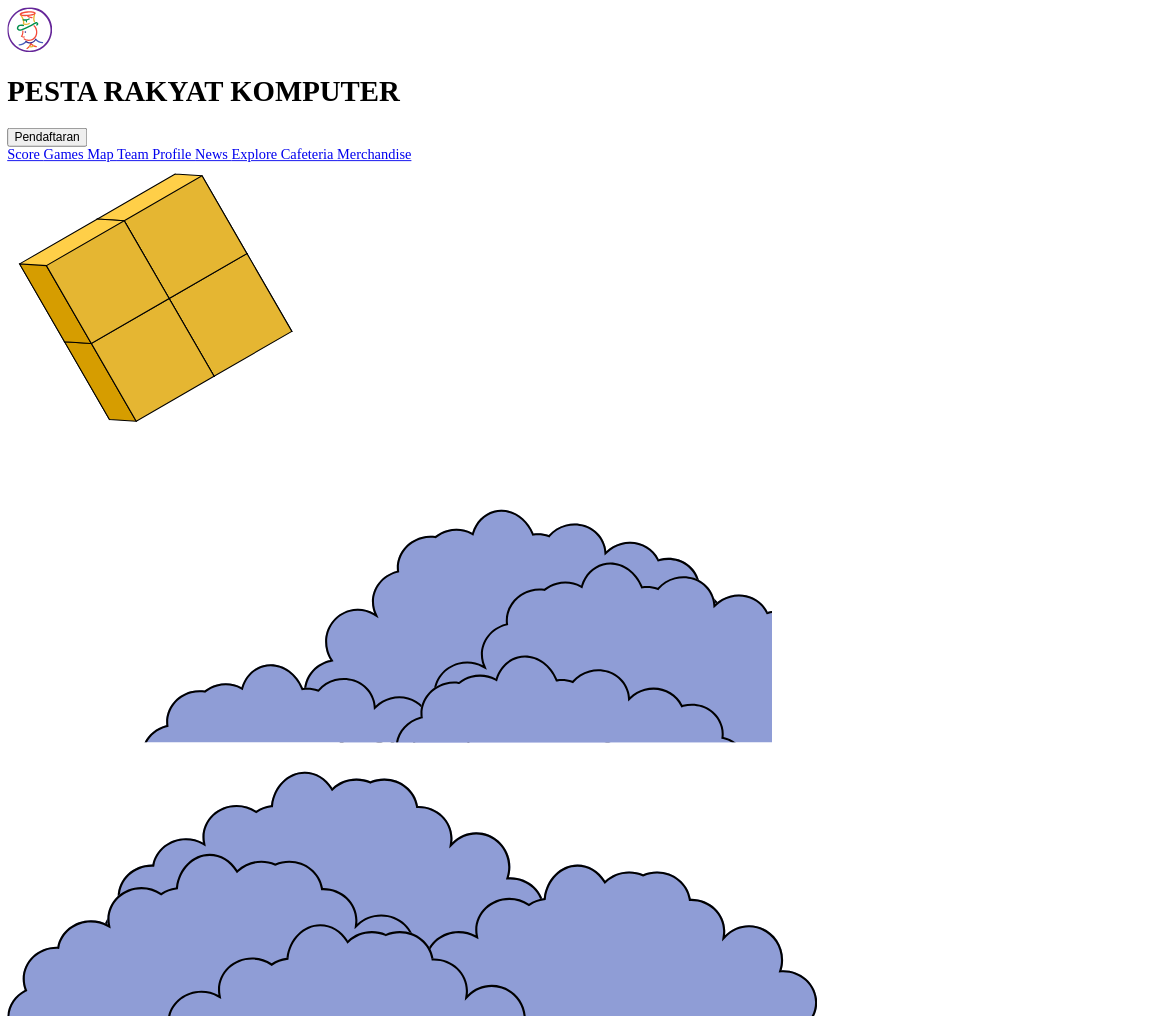
Repository: risalstrr/RegistPerak
Page: /
These files come from the project's save history. The page is drawn as it stood at one moment and after the next save; the edit follows.
The browser window is 1280 px wide. The pictures show the whole page, at 90% of full size.
The project was rebuilt for these pictures with package versions that can differ from the ones it lists, and the page was loaded fresh each time. The framework's server and built-in components were replaced by stand-ins that run in the browser. Also part of the build but not shown: next.config.js.

Above is the page before, as saved 2021-12-29 20:00:30.

After the next save:
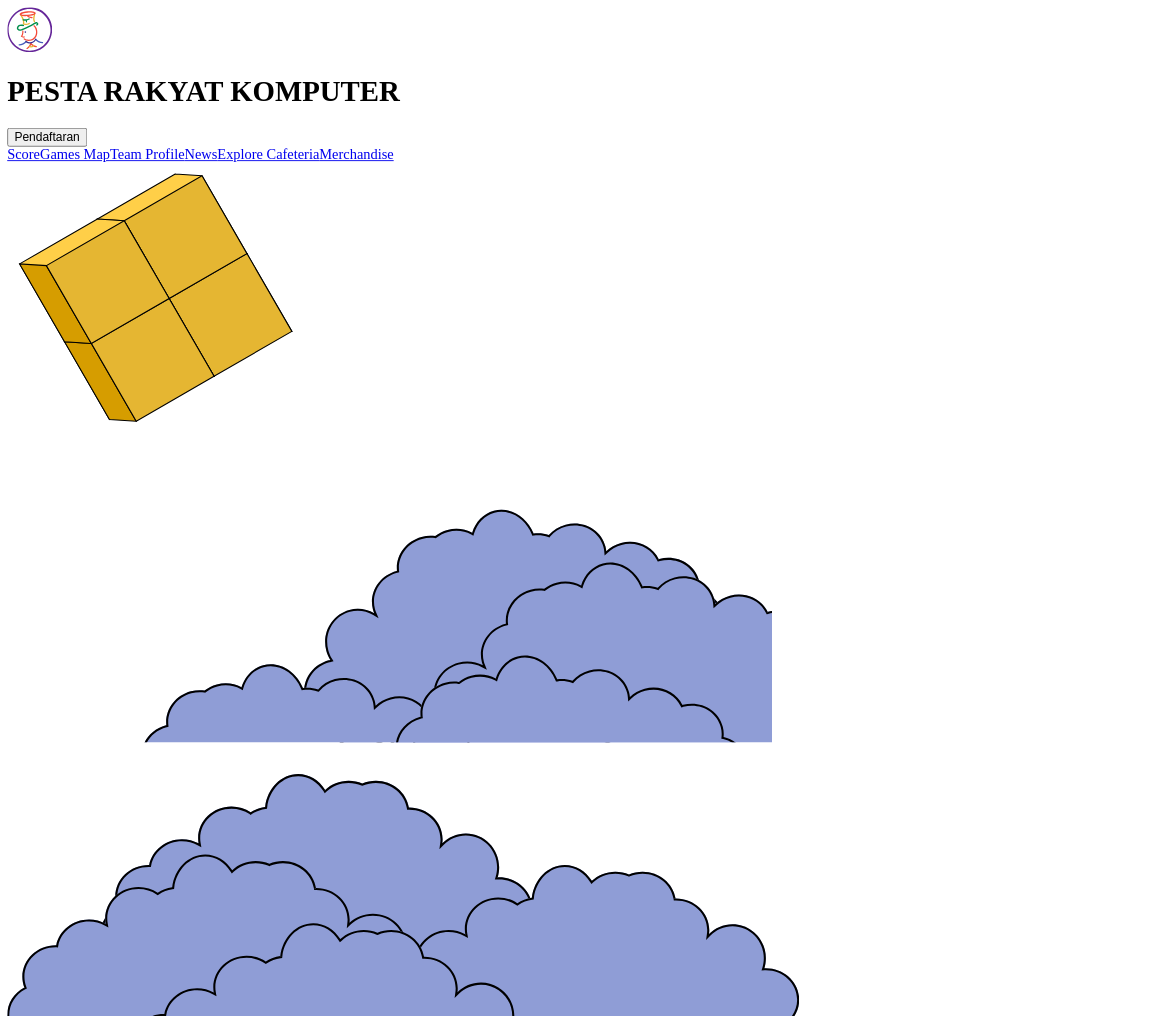
Saved 2 min 34 s later.
--- a/pages/index.js
+++ b/pages/index.js
@@ -4,91 +4,69 @@ import { useState } from 'react'
 // import styles from '../styles/Home.module.css'
 
 export default function Home() {
-    const [isMobile, setIsMobile] = useState(false)
-    return ( <
-        div className = "bg-[#EBC761] w-full min-h-screen" >
-        <
-        Head >
-        <
-        title > Homepage Pendaftaran < /title> <
-        /Head> <
-        div className = ' flex flex-col lg:flex-row bg-[#F1D78E]' >
-        <
-        div className = 'bg-[#F1D78E] border-b lg:border-b-0 flex items-center justify-between' >
-        <
-        div className = 'flex items-center' >
-        <
-        div className = 'relative pt-2 pl-2' >
-        <
-        Image src = "/logoPerak.svg"
-        width = { 50 }
-        height = { 50 }
-        alt = "logoPerak" /
-        >
-        <
-        /div> <
-        div className = 'text-sm md: pl-3 font-bold font-sans' >
-        <
-        h1 > PESTA RAKYAT KOMPUTER < /h1> <
-        /div> <
-        /div> <
-        div className = 'pr-5 block lg:hidden' >
-        <
-        button className = 'font-bold font-sans'
-        onClick = {
-            () => setIsMobile(true) } > Pendaftaran < /button> <
-        /div> <
-        /div> <
-        div className = 'lg:flex flex-col lg:flex-row justify-end bg-[#F1D78E] w-full py-4 lg:py-0 hidden md:hidden' >
-        <
-        div className = ' flex flex-col lg:flex-row' >
-        <
-        a href = "#"
-        className = 'block px-4 py-3 lg:py-4 text-sm font-bold font-sans ' > Score < /a> <
-        a href = "#"
-        className = 'block px-4 py-3 lg:py-4 text-sm font-bold font-sans' > Games Map < /a> <
-        a href = "#"
-        className = 'block px-4 py-3 lg:py-4 text-sm font-bold font-sans' > Team Profile < /a> <
-        a href = "#"
-        className = 'block px-4 py-3 lg:py-4 text-sm font-bold font-sans' > News < /a> <
-        a href = "#"
-        className = 'block px-4 py-3 lg:py-4 text-sm font-bold font-sans' > Explore Cafeteria < /a> <
-        a href = "#"
-        className = 'block px-4 py-3 lg:py-4 text-sm font-bold font-sans' > Merchandise < /a> <
-        /div> <
-        /div> <
-        /div>
+  const [isMobile, setIsMobile] = useState(false)
+  return (
+    <div className="bg-[#EBC761] w-full min-h-screen">
+      <Head>
+        <title>Homepage Pendaftaran</title>
+      </Head>
+      <div className=' flex flex-col lg:flex-row bg-[#F1D78E]'>
+        <div className='bg-[#F1D78E] border-b lg:border-b-0 flex items-center justify-between'>
+        <div className='flex items-center'>
+          <div className='relative pt-2 pl-2'>
+            <Image
+              src="/logoPerak.svg"
+              width={50}
+              height={50}
+              alt="logoPerak"
+            />
+          </div>
+          <div className='text-sm md: pl-3 font-bold font-sans'>
+            <h1>PESTA RAKYAT KOMPUTER</h1>
+          </div>
+          </div>
+          <div className='pr-5 block lg:hidden'>
+            <button className='font-bold font-sans' onClick={() => setIsMobile(true)}>Pendaftaran</button>
+          </div>
+        </div>
+        <div className='lg:flex flex-col lg:flex-row justify-end bg-[#F1D78E] w-full py-4 lg:py-0 hidden md:hidden'>
+          <div className=' flex flex-col lg:flex-row'>
+            <a href="#" className='block px-4 py-3 lg:py-4 text-sm font-bold font-sans '>Score</a>
+            <a href="#" className='block px-4 py-3 lg:py-4 text-sm font-bold font-sans'>Games Map</a>
+            <a href="#" className='block px-4 py-3 lg:py-4 text-sm font-bold font-sans'>Team Profile</a>
+            <a href="#" className='block px-4 py-3 lg:py-4 text-sm font-bold font-sans'>News</a>
+            <a href="#" className='block px-4 py-3 lg:py-4 text-sm font-bold font-sans'>Explore Cafeteria</a>
+            <a href="#" className='block px-4 py-3 lg:py-4 text-sm font-bold font-sans'>Merchandise</a>
+          </div>
+        </div>
+      </div>
 
-        <
-        div className = 'absolute top-40 right-80' >
-        <
-        Image src = "/kuning.svg"
-        width = { 330 }
-        height = { 300 }
-        alt = "kuning" /
-        >
-        <
-        /div> <
-        div className = 'hidden lg:block lg:absolute -bottom-14 right-0' >
-        <
-        Image src = "/rightcloud.svg"
-        width = { 850 }
-        height = { 340 }
-        alt = "cloud" /
-        >
+      <div className='absolute top-40 right-80'>
+        <Image
+          src="/kuning.svg"
+          width = {330}
+          height = {300}
+          alt = "kuning"
+        />
+      </div>
+      <div className='hidden lg:block lg:absolute -bottom-14 right-0'>
+        <Image
+          src="/rightcloud.svg"
+          width = {850}
+          height = {340}
+          alt = "cloud"
+        />
 
-        <
-        /div> <
-        div className = 'hidden lg:block lg:absolute -bottom-14 -left-6' >
-        <
-        Image src = "/leftcloud.svg"
-        width = { 900 }
-        height = { 300 }
-        alt = "cloud" /
-        >
+    </div>
+      <div className='hidden lg:block lg:absolute -bottom-14 -left-6'>
+        <Image
+          src="/leftcloud.svg"
+          width = {880}
+          height = {300}
+          alt = "cloud"
+        />
 
-        <
-        /div> <
-        /div>
-    )
+    </div>
+    </div>
+  )
 }
